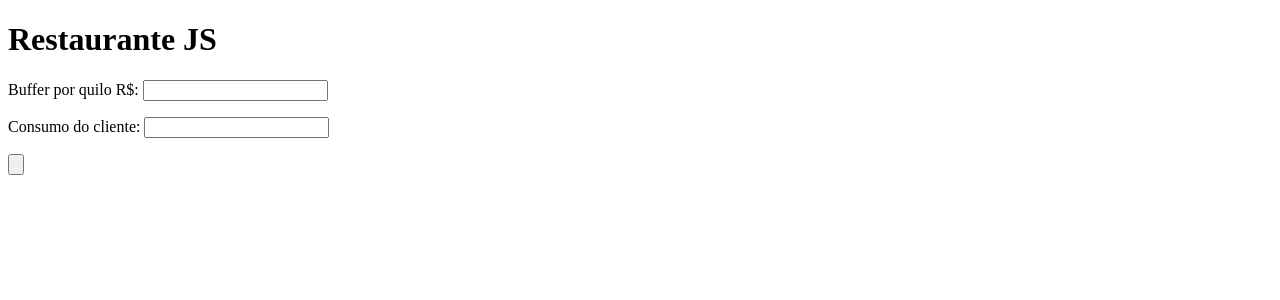
Repository: JhonMercedes/Javascript-book
Page: cap2/ex2_4.html
The author's editor kept a copy of each file at every save. The page is drawn from the files as they stood at one save, then again after the next save.
The browser window is 1280 px wide. The pictures show the whole page.

Above is the page before, as saved 2021-12-04 23:34:58.

After the next save:
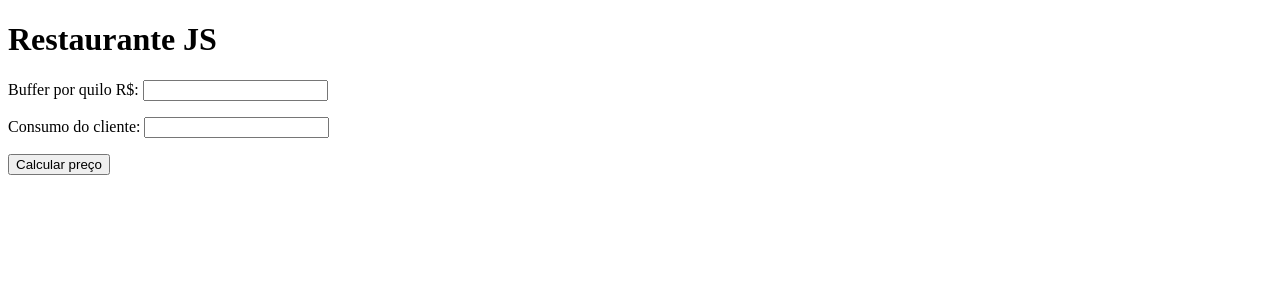
Saved 16 s later.
--- a/cap2/ex2_4.html
+++ b/cap2/ex2_4.html
@@ -15,7 +15,7 @@
         <input type="text">
     </p>
 
-    <input type="button">
+    <input type="button" value="Calcular preço">
 
     <h3></h3>
 </body>
